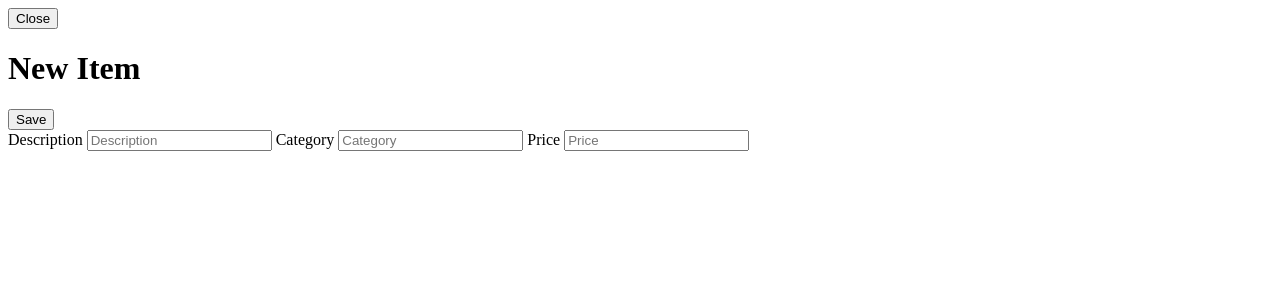
Repository: dvbondoy/peddler-pos
Page: www/product/templates/new-item.html
These files come from the project's save history. The page is drawn as it stood at one moment and after the next save; the edit follows.
The browser window is 1280 px wide. The pictures show the whole page.

Above is the page before, as saved 2016-12-08 14:15:08.

### www/product/templates/new-item.html
<ion-modal-view>
  <ion-header-bar>
    <div class="buttons">
      <button class="button" ng-click="newItemModal.hide()">Close</button>
    </div>
    <h1 class="title">New Item</h1>
    <div class="buttons">
      <button class="button">Save</button>
    </div>
  </ion-header-bar>
  <ion-content>
    <div class="padding list">
      <label for="" class="item item-input item-floating-label">
        <span class="input-label">Description</span>
        <input type="text" placeholder="Description" ng-model="item.description">
      </label>
      <label for="" class="item item-input item-floating-label">
        <span class="input-label">Category</span>
        <input type="text" placeholder="Category" ng-model="item.category">
      </label>
      <label for="" class="item item-input item-floating-label">
        <span class="input-label">Price</span>
        <input type="text" placeholder="Price" ng-model="item.price">
      </label>
    </div>
  </ion-content>
</ion-modal-view>

After the next save:
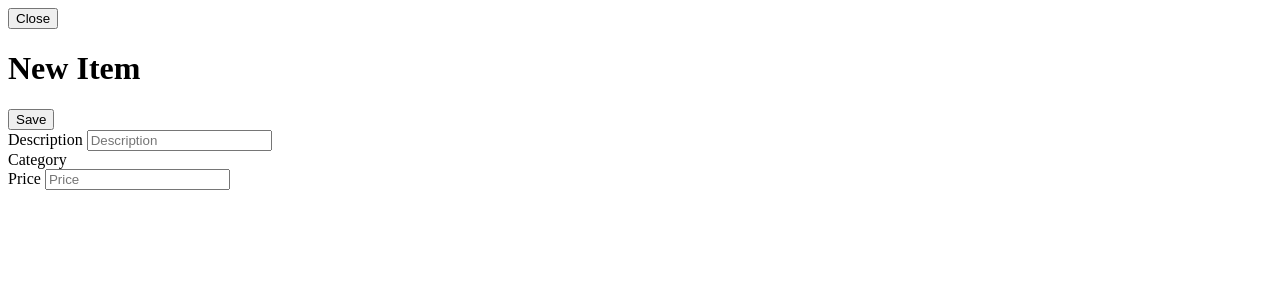
Saved 5 min 0 s later.
--- a/www/product/templates/new-item.html
+++ b/www/product/templates/new-item.html
@@ -14,10 +14,16 @@
         <span class="input-label">Description</span>
         <input type="text" placeholder="Description" ng-model="item.description">
       </label>
-      <label for="" class="item item-input item-floating-label">
+      <!--<label for="" class="item item-input item-floating-label">
         <span class="input-label">Category</span>
         <input type="text" placeholder="Category" ng-model="item.category">
-      </label>
+      </label>-->
+      <div>
+        <div class="padding">
+          Category
+          <span class="pull-right ion-chevron-down"></span>
+        </div>
+      </div>
       <label for="" class="item item-input item-floating-label">
         <span class="input-label">Price</span>
         <input type="text" placeholder="Price" ng-model="item.price">
